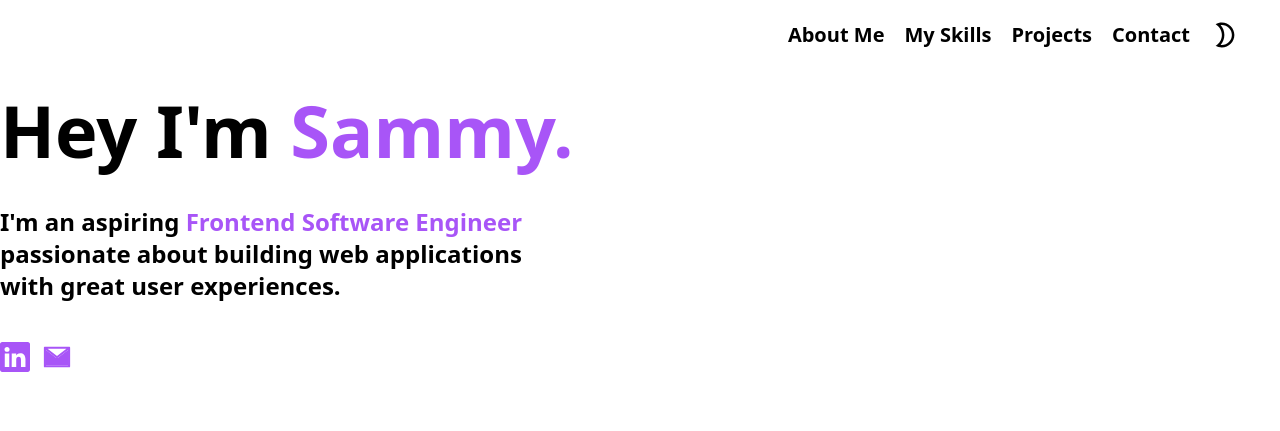
Repository: Al123Kudayyd/e-portfolio
Page: /
An editor plug-in stored every save of this project. The page is shown before and after the next save, followed by the edit.
The browser window is 1280 px wide. The pictures show the whole page.
The project was rebuilt for these pictures with package versions that can differ from the ones it lists, and the page was loaded fresh each time. The framework's server and built-in components were replaced by stand-ins that run in the browser. Also part of the build but not shown: next.config.js.

Above is the page before, as saved 2023-06-06 22:24:08.

After the next save:
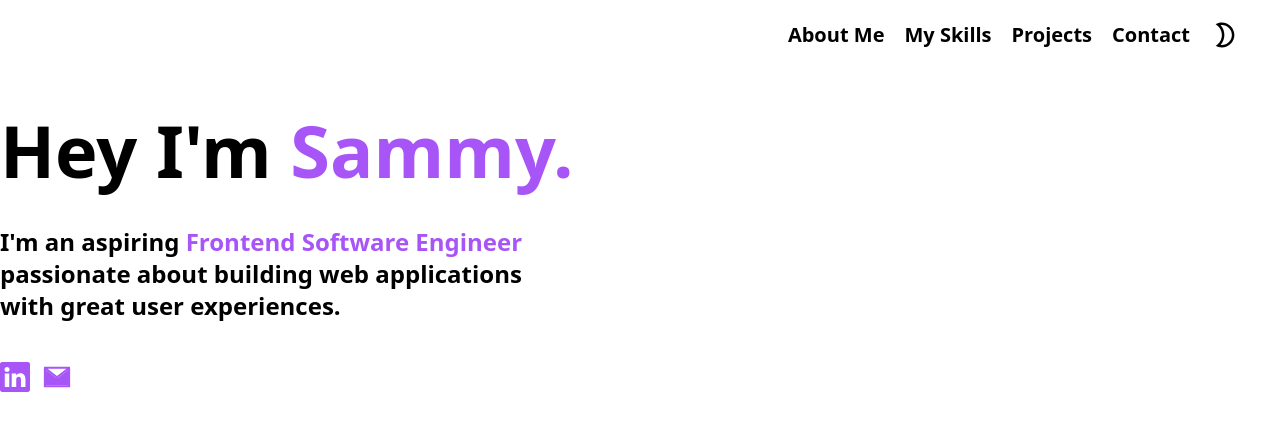
Saved 9 s later.
--- a/pages/index.tsx
+++ b/pages/index.tsx
@@ -7,7 +7,7 @@ export default function Home() {
   return (
     <>
       <Nav />
-      <div className="">
+      <div className="overflow-hidden">
         <div className="space-y-10 my-11 flex-col justify-center items-center">
           <h1 className="text-7xl font-bold">Hey I'm <span className="text-purple-500">Sammy.</span></h1>
           <h3 className="text-2xl font-semibold">I'm an aspiring <span className="text-purple-500">Frontend Software Engineer</span> <br /> passionate about building web applications <br /> with great user experiences.</h3>
